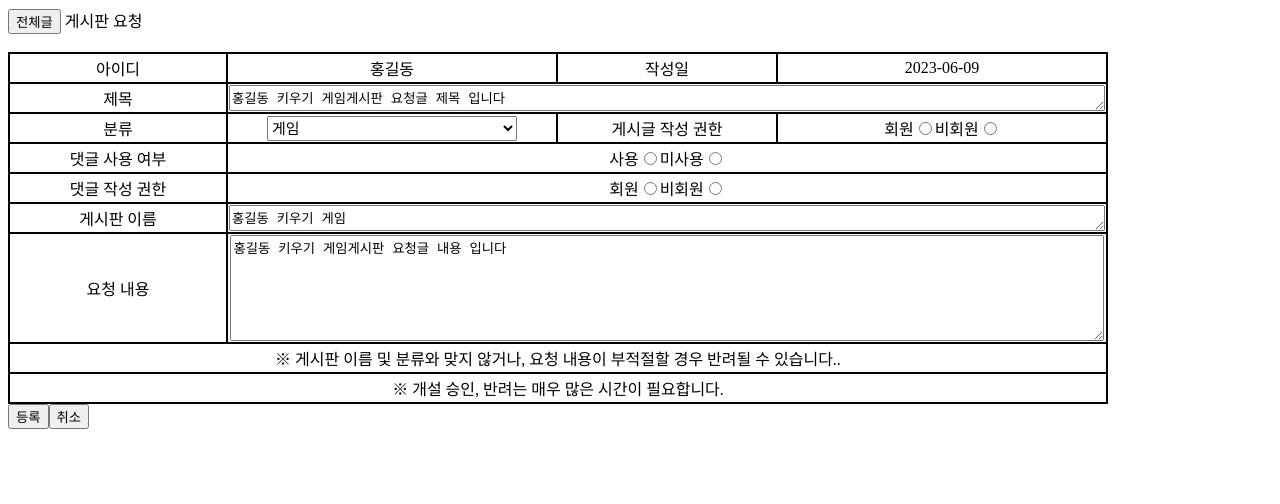
Repository: LJzero-dev/java-study
Page: http://localhost/ktbwos/bbs/request_view.jsp
The author's editor kept a copy of each file at every save. The page is drawn from the files as they stood at one save, then again after the next save.
The browser window is 1280 px wide. The pictures show the whole page.
The page is served by Tomcat 9.

Above is the page before, as saved 2023-06-11 11:05:38.

After the next save:
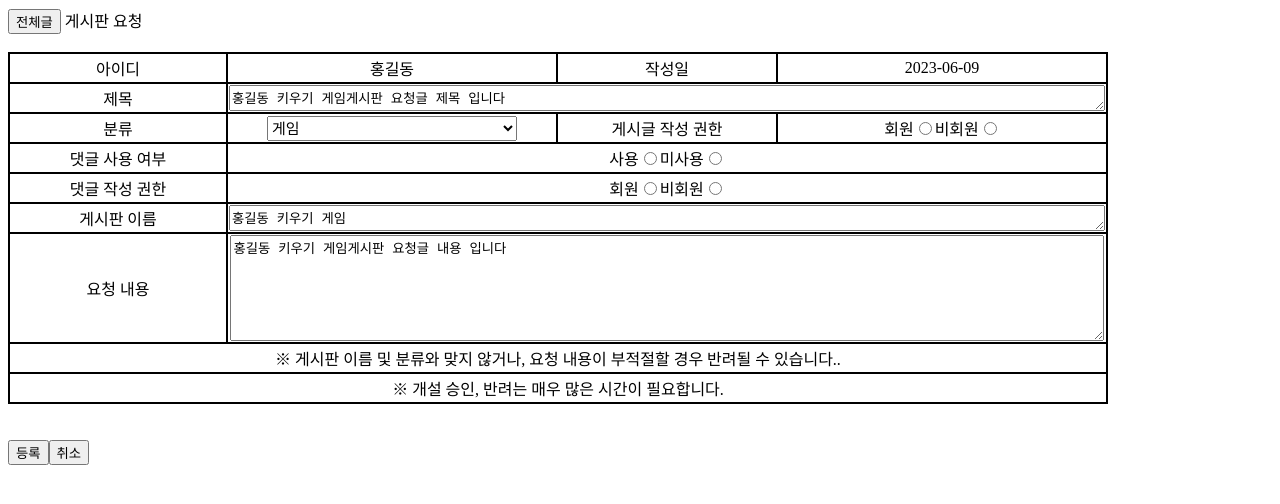
Saved 13 s later.
--- a/web/ktbwos/WebContent/bbs/request_view.jsp
+++ b/web/ktbwos/WebContent/bbs/request_view.jsp
@@ -71,7 +71,7 @@
 		<tr>
 			<td colspan="4">※ 개설 승인, 반려는 매우 많은 시간이 필요합니다.</td>
 		</tr>
-	</table>
+	</table><br /><br />
 	<input type="submit" value="등록"><input type="button" value="취소">
 </form>
 </div>
